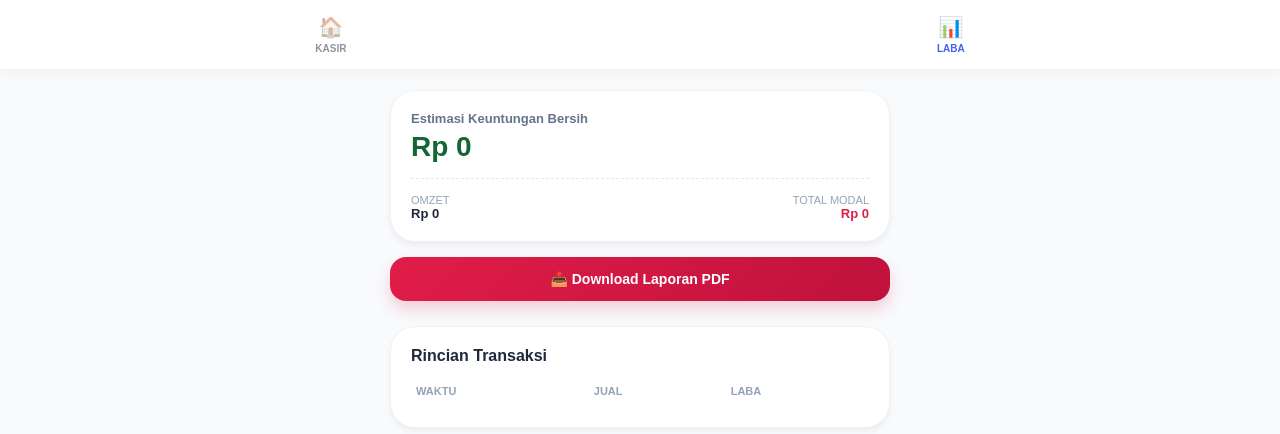
Repository: Tenno1208/bazar-app
Page: http://localhost/laporan-keuntungan
These files come from the project's save history. The page is drawn as it stood at one moment and after the next save; the edit follows.
The browser window is 1280 px wide. The pictures show the whole page.
Some web fonts or font styles are not loaded; a fallback is used. The page is served by the project's Laravel application, run on PHP 8.4 with Laravel 12. Queries for data that is not in the repository find no rows.

Above is the page before, as saved 2026-03-27 15:25:04.

After the next save:
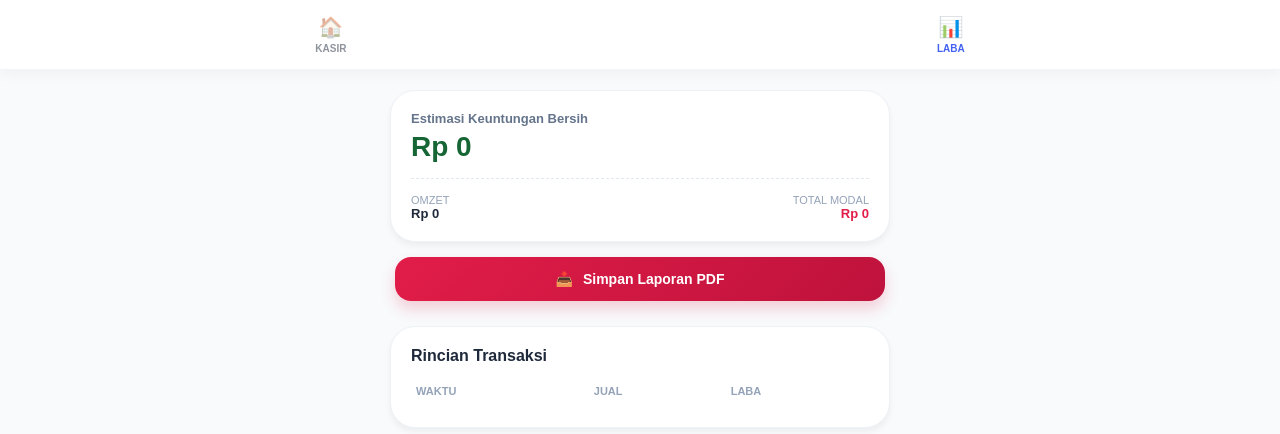
Saved 20 s later.
--- a/resources/views/laporan.blade.php
+++ b/resources/views/laporan.blade.php
@@ -128,7 +128,12 @@
             </div>
         </div>
 
-        <a href="/download-pdf" class="btn-pdf">📥 Download Laporan PDF</a>
+        <div style="padding: 0 5px;">
+    <a href="/download-pdf" class="btn-pdf">
+        <span>📥</span>
+        <span>Simpan Laporan PDF</span>
+    </a>
+</div>
 
         <div class="card">
             <h3 style="margin: 0 0 10px 0; font-size: 16px;">Rincian Transaksi</h3>
